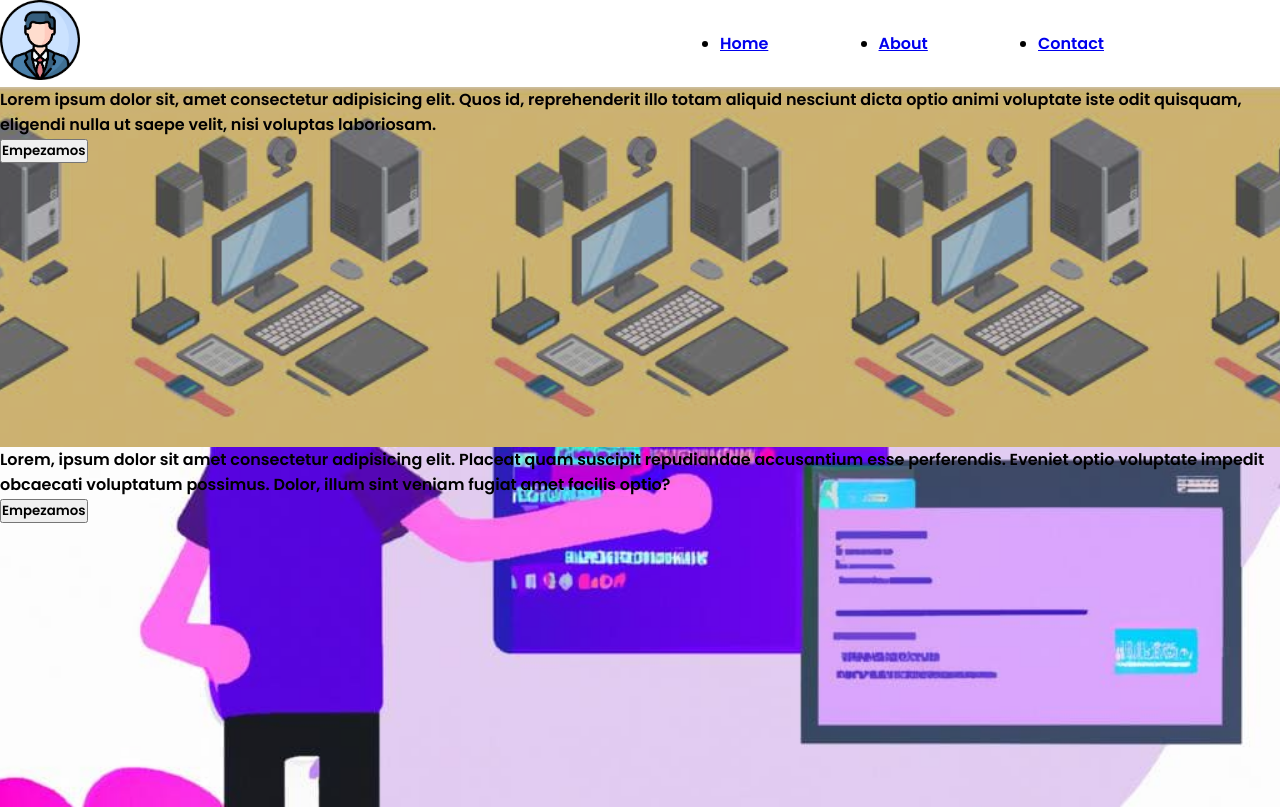
Repository: Sxcram02/projects
Page: screen-split/index.html
An editor plug-in stored every save of this project. The page is shown before and after the next save, followed by the edit.
The browser window is 1280 px wide. The pictures show the whole page.

Above is the page before, as saved 2023-03-17 00:31:37.

### screen-split/index.html
<!DOCTYPE html>
<html lang="en">
<head>
    <meta charset="UTF-8">
    <meta http-equiv="X-UA-Compatible" content="IE=edge">
    <meta name="viewport" content="width=device-width, initial-scale=1.0">
    <link rel="stylesheet" href="https://cdn.jsdelivr.net/npm/boxicons@latest/css/boxicons.min.css">
    <link rel="stylesheet" href="style/index.css" type="text/css">
    <title>Screen Split</title>
</head>
<body>
    <div class="root-element">
    <header>
        <div class="image-perfil">
            <img src="media/Sin título.png" class="photoPerfil" alt="">
        </div>
        <nav>
            <ul>
                <li><a href="/index.html">Home</a></li>
                <li><a href="#">About</a></li>
                <li><a href="#">Contact</a></li>
            </ul>
        </nav>
    </header>
    <main>
        <aside class="box-text">
            <div class="image-filterHard">
            <p>Lorem ipsum dolor sit, amet consectetur adipisicing elit. Quos id, reprehenderit illo totam aliquid nesciunt dicta optio animi voluptate iste odit quisquam, eligendi nulla ut saepe velit, nisi voluptas laboriosam.</p>
            <button>Empezamos</button>
            </div>
        </aside>
        <aside class="box-software">
            <div class="image-filterSoft">
            <p>Lorem, ipsum dolor sit amet consectetur adipisicing elit. Placeat quam suscipit repudiandae accusantium esse perferendis. Eveniet optio voluptate impedit obcaecati voluptatum possimus. Dolor, illum sint veniam fugiat amet facilis optio?</p>
            <button>Empezamos</button>
            </div>
        </aside>
    </main>
    </div>
</body>
</html>

### screen-split/style/index.css
@import url('https://fonts.googleapis.com/css2?family=Poppins:ital,wght@0,600;0,700;0,800;1,700&display=swap');

* {
    padding: 0;
    margin: 0;
    box-sizing: border-box;
    font-family: 'Poppins',sans-serif;
}

header {
    width: 100vw;
    display: flex;
    justify-content: start;
    align-items: center;
}

.photoPerfil {
    width: 80px;
}

nav {
    margin-left: 50%;
    width: 30%;
}

nav ul {
    display: flex;
    justify-content: space-between;
    align-items: center;
}

main {
    width:100vw;
    height: 50vh;
}

aside {
    width: 100%;
    height: 100%;
}

.box-text {
    background-image: url(../media/hardware.jpeg);
    background-position: center;
    background-size: contain;
}

.box-software {
    background-image: url(../media/software.jpg);
    background-position: center;
    background-size: cover;
}

.image-filterHard {
    background-color: rgba(107, 107, 107, 0.342);
    height: 100%;
}

/* @media screen and (min-width:1000px){
    nav {
        width: 50%;
    }

    main {
        flex-direction: row;
    }

    div {
        width: 50%;
        height: 100vh;
    }
} */

After the next save:
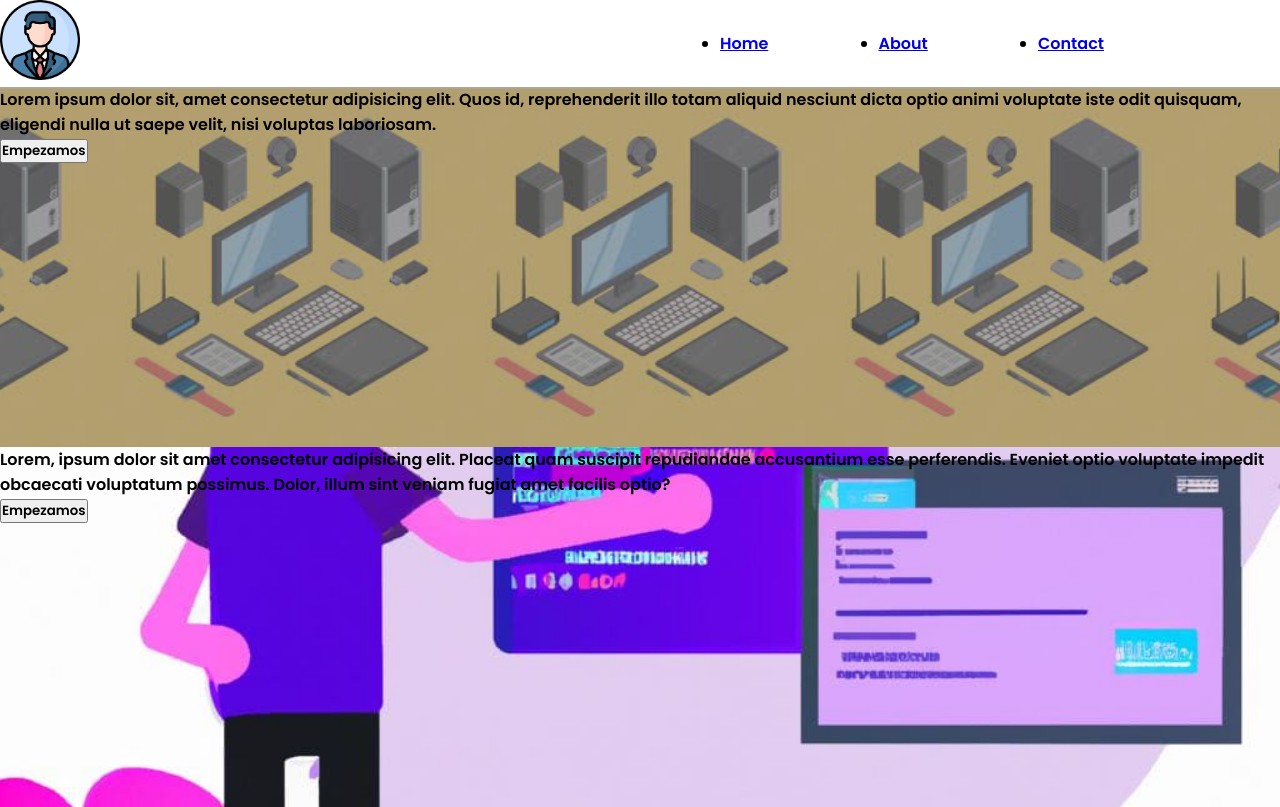
Saved 6 s later.
--- a/screen-split/style/index.css
+++ b/screen-split/style/index.css
@@ -52,7 +52,7 @@ aside {
 }
 
 .image-filterHard {
-    background-color: rgba(107, 107, 107, 0.342);
+    background-color: rgba(107, 107, 107, 0.508);
     height: 100%;
 }
 
